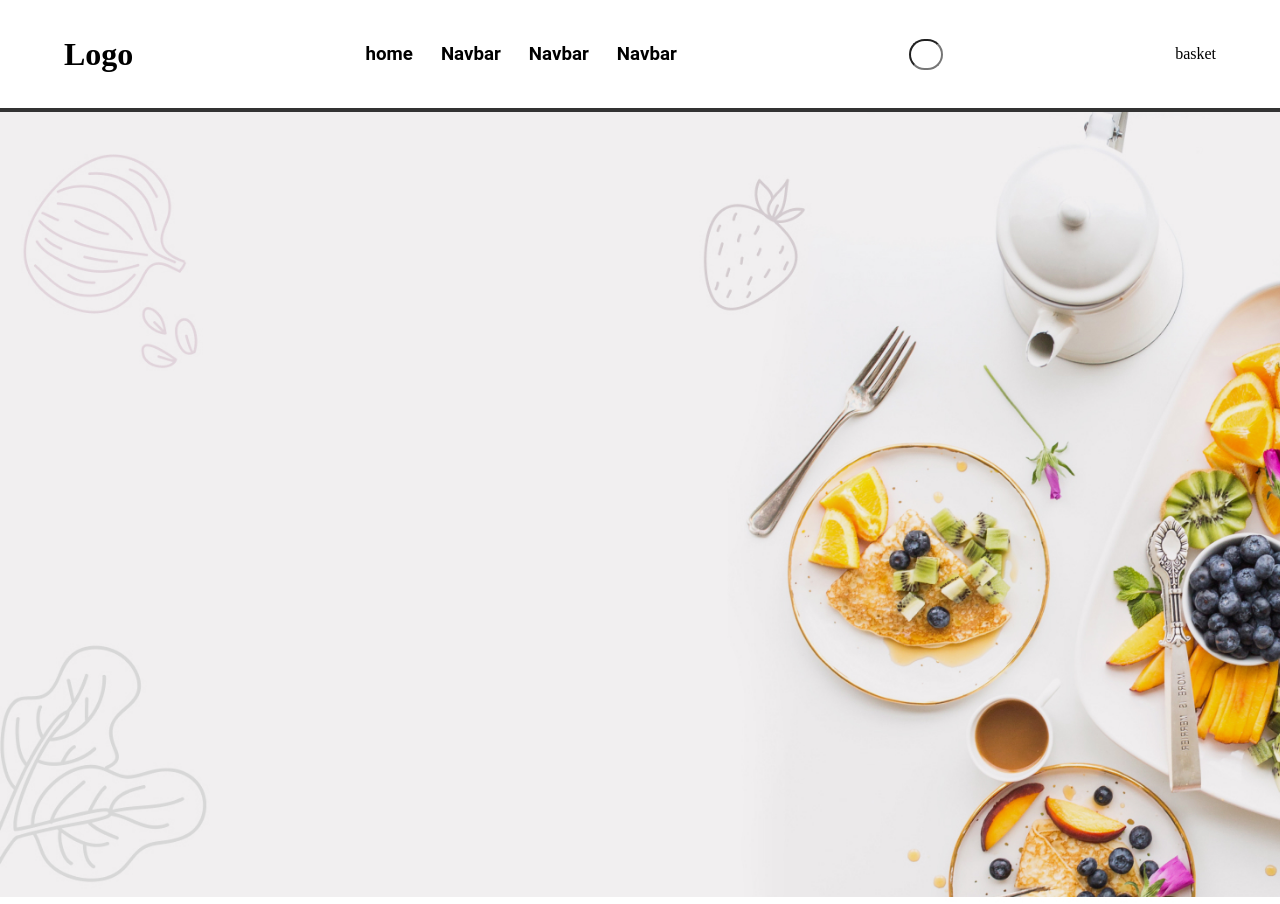
Repository: Islam432/Islam-and-Arsi---team
Page: /
An editor plug-in stored every save of this project. The page is shown before and after the next save, followed by the edit.
The browser window is 1280 px wide. The pictures show the whole page.
The project was rebuilt for these pictures with package versions that can differ from the ones it lists, and the page was loaded fresh each time. Also part of the build but not shown: vite.config.js, src/App.css, src/components/Comp/Comp.jsx.

Above is the page before, as saved 2023-03-11 23:52:21.

After the next save:
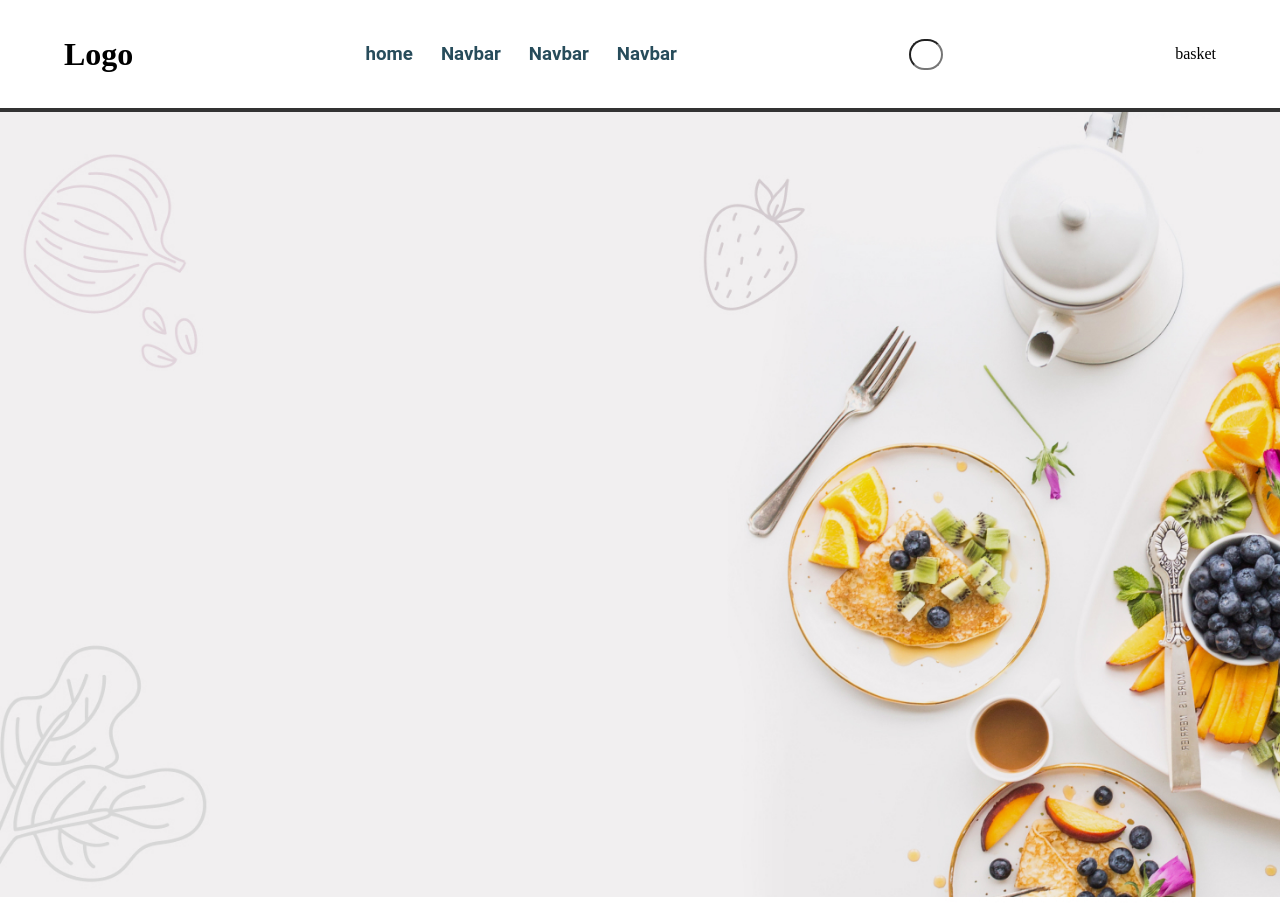
Saved 23 s later.
--- a/src/components/Navbar/Navbar.module.css
+++ b/src/components/Navbar/Navbar.module.css
@@ -30,7 +30,7 @@ border-bottom: 4px solid #333;
 }
 .NavLink{
     text-decoration: none;
-    color: rgb(0, 0, 0);
+    color: #274C5B;
 }
 input{
   font-size: 15px;
